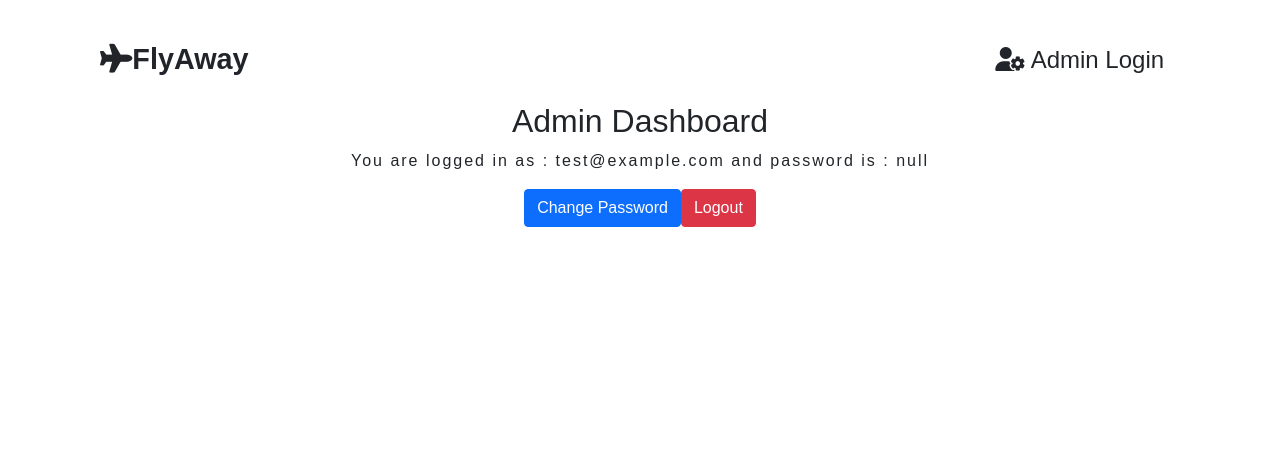
Repository: Niks4u2/FlyAway
Page: http://localhost/flyaway/dashboard.jsp
The author's editor kept a copy of each file at every save. The page is drawn from the files as they stood at one save, then again after the next save.
The browser window is 1280 px wide. The pictures show the whole page.
Some web fonts or font styles are not loaded; a fallback is used. Some web libraries are served in a nearby version. The page is served by Tomcat 10. The session is filled in as if someone had signed in: {"email": "test@example.com"}. Other server files are loaded and not shown.

Above is the page before, as saved 2021-09-26 07:41:02.

### Source Code/flyaway/src/main/webapp/dashboard.jsp
<%@ page language="java" contentType="text/html; charset=ISO-8859-1"
    pageEncoding="ISO-8859-1"%>
<!DOCTYPE html>
<html>

<head>
    <meta charset="utf-8">
    <meta name="viewreport" content="width=device-width, initial-scale=1.0">
    <title>FlyAway</title>
    <link href="https://cdn.jsdelivr.net/npm/bootstrap@5.0.2/dist/css/bootstrap.min.css" rel="stylesheet" integrity="sha384-EVSTQN3/azprG1Anm3QDgpJLIm9Nao0Yz1ztcQTwFspd3yD65VohhpuuCOmLASjC" crossorigin="anonymous">
	<script src="https://cdn.jsdelivr.net/npm/bootstrap@5.0.2/dist/js/bootstrap.bundle.min.js" integrity="sha384-MrcW6ZMFYlzcLA8Nl+NtUVF0sA7MsXsP1UyJoMp4YLEuNSfAP+JcXn/tWtIaxVXM" crossorigin="anonymous"></script>
    <link href="https://fonts.googleapis.com/css?family=Raleway&display=swap" rel="stylesheet" />
    <script src="https://kit.fontawesome.com/92e9dde9ec.js" crossorigin="anonymous"></script>
    <style>
        body {
            margin: 0;
            padding: 0;
            background: #fff;
            font-family: 'Raleway', sans-serif;
            color: #fff;
        }

        .banner {
            height: 100vh;
            width: 100%;
        }

        .banner .navbar {
            margin-top: 2%;
        }

        .banner .navbar-brand {
            color: #fff;
            font-size: 1.8em;
            font-weight: 700;
            margin-left: 7%;
        }

        .banner .nav {
            margin-right: 7%;
        }

        .banner .nav li a {
            color: #aaa;
            font-size: 1.5em;
        }

        .banner p {
            font-weight: 500;
            letter-spacing: 2px;
        }

        .login {
            margin-left: 50%;
        }
    </style>
</head>

<body>
	<%
	if(session.getAttribute("email") == null)
		response.sendRedirect("login.jsp");
	%>
    <div class="container-fluid banner justify-content-center align-items-center">
        <div class="row g-2">
            <div class="col-md-12">
                <nav class="navbar navbar-md">
                    <div class="navbar-brand text-dark"><i class="fas fa-plane"></i>FlyAway</div>
                    <ul class="nav">
                        <li class="nav-item">
                            <a class="nav-link text-dark" href="#"><i class="fas fa-user-cog"></i> Admin Login</a>
                        </li>
                    </ul>
                </nav>
            </div>
            <div class="col-md-12 text-center text-dark">
                <h2>
                    Admin Dashboard
                </h2>
                <p>You are logged in as : <%= session.getAttribute("email") %> and password is : <%= session.getAttribute("password") %> </p>
            </div>
        </div>
        	<div class="row g-2 d-flex justify-content-center align-items-center">
            <div class="col-md-12 d-flex justify-content-center align-items-center">
                <button class="btn btn-primary">Change Password</button>
                <a href="LogoutServlet"><button class="btn btn-danger">Logout</button></a>
            </div>
			</div>
    </div>
</body>

</html>

After the next save:
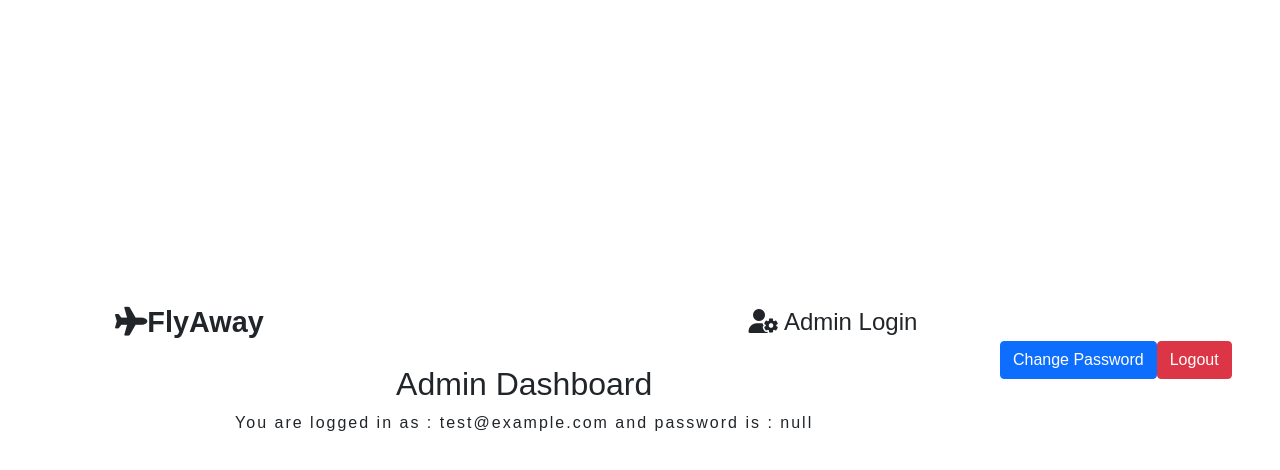
Saved 45 s later.
--- a/Source Code/flyaway/src/main/webapp/dashboard.jsp
+++ b/Source Code/flyaway/src/main/webapp/dashboard.jsp
@@ -61,7 +61,7 @@
 	if(session.getAttribute("email") == null)
 		response.sendRedirect("login.jsp");
 	%>
-    <div class="container-fluid banner justify-content-center align-items-center">
+    <div class="container-fluid banner d-flex justify-content-center align-items-center">
         <div class="row g-2">
             <div class="col-md-12">
                 <nav class="navbar navbar-md">
@@ -80,7 +80,7 @@
                 <p>You are logged in as : <%= session.getAttribute("email") %> and password is : <%= session.getAttribute("password") %> </p>
             </div>
         </div>
-        	<div class="row g-2 d-flex justify-content-center align-items-center">
+        	<div class="row g-2">
             <div class="col-md-12 d-flex justify-content-center align-items-center">
                 <button class="btn btn-primary">Change Password</button>
                 <a href="LogoutServlet"><button class="btn btn-danger">Logout</button></a>

After the save that followed:
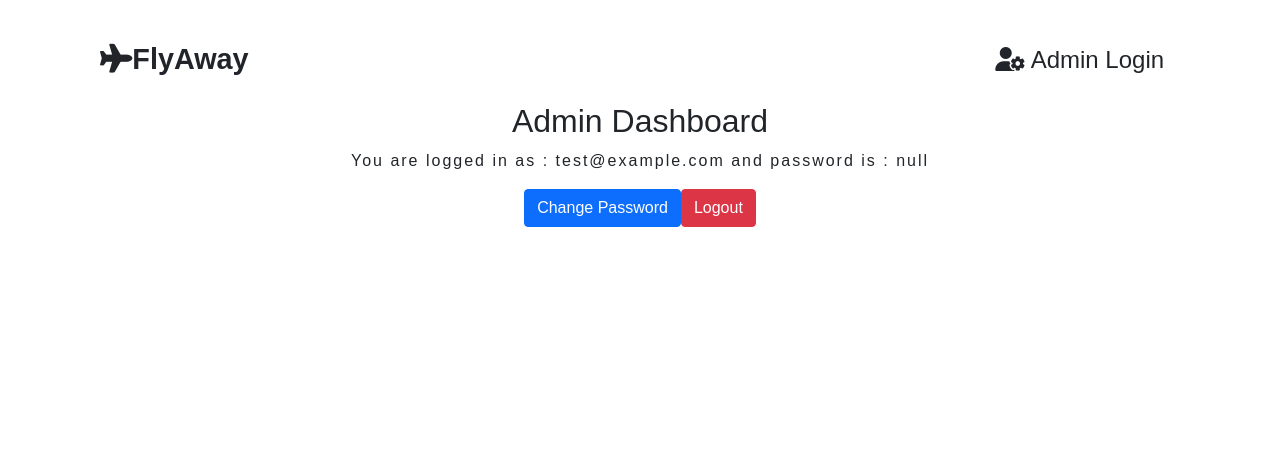
Saved 12 s later.
--- a/Source Code/flyaway/src/main/webapp/dashboard.jsp
+++ b/Source Code/flyaway/src/main/webapp/dashboard.jsp
@@ -61,7 +61,7 @@
 	if(session.getAttribute("email") == null)
 		response.sendRedirect("login.jsp");
 	%>
-    <div class="container-fluid banner d-flex justify-content-center align-items-center">
+    <div class="container-fluid banner justify-content-center align-items-center">
         <div class="row g-2">
             <div class="col-md-12">
                 <nav class="navbar navbar-md">
